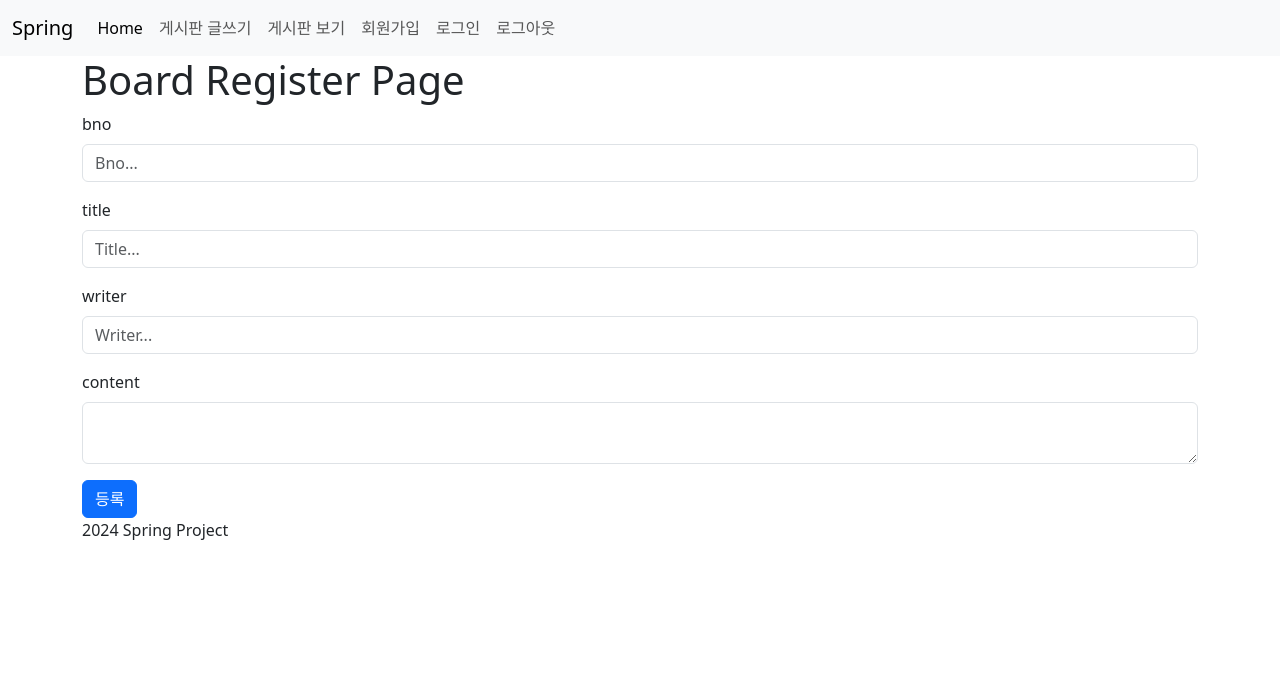
Repository: havanara/240423_SPRING_Project
Page: http://localhost/spring_study/WEB-INF/views/board/modify.jsp
An editor plug-in stored every save of this project. The page is shown before and after the next save, followed by the edit.
The browser window is 1280 px wide. The pictures show the whole page.
The page is served by Tomcat 9. Nobody is signed in. The template is opened directly, without the code that normally fills it, so the values that code supplies are empty.

Above is the page before, as saved 2024-04-24 05:47:12.

### spring_study/src/main/webapp/WEB-INF/views/board/modify.jsp
<%@ page language="java" contentType="text/html; charset=UTF-8"
    pageEncoding="UTF-8"%>

<jsp:include page="../layout/header.jsp" />

<div class="container-md">
<h1>Board Register Page</h1>
	<div class="mb-3">
	  <label for="n" class="form-label">bno</label>
	  <input type="text" class="form-control" name="bno" id="n" placeholder="Bno...">
	</div>
	<div class="mb-3">
	  <label for="t" class="form-label">title</label>
	  <input type="text" class="form-control" name="title" id="t" placeholder="Title...">
	</div>
	<div class="mb-3">
	  <label for="w" class="form-label">writer</label>
	  <input type="text" class="form-control" name="writer" id="w" placeholder="Writer...">
	</div>
	<div class="mb-3">
	  <label for="c" class="form-label">content</label>
	  <textarea class="form-control" name="content" id="c" aria-label="With textarea"></textarea>
	</div>
	<button type="submit" class="btn btn-primary">등록</button>
</div>

<jsp:include page="../layout/footer.jsp" />

</body>
</html>

### spring_study/src/main/webapp/WEB-INF/views/layout/header.jsp
<%@ page language="java" contentType="text/html; charset=UTF-8"
    pageEncoding="UTF-8"%>
<!DOCTYPE html>
<html>
<head>
<meta charset="UTF-8">
<title>header.jsp</title>
<link href="https://cdn.jsdelivr.net/npm/bootstrap@5.3.3/dist/css/bootstrap.min.css" rel="stylesheet" integrity="sha384-QWTKZyjpPEjISv5WaRU9OFeRpok6YctnYmDr5pNlyT2bRjXh0JMhjY6hW+ALEwIH" crossorigin="anonymous">
<script src="https://cdn.jsdelivr.net/npm/bootstrap@5.3.3/dist/js/bootstrap.bundle.min.js" integrity="sha384-YvpcrYf0tY3lHB60NNkmXc5s9fDVZLESaAA55NDzOxhy9GkcIdslK1eN7N6jIeHz" crossorigin="anonymous"></script>
</head>
<body>
<nav class="navbar navbar-expand-lg bg-body-tertiary">
  <div class="container-fluid">
    <a class="navbar-brand" href="#">Spring</a>
    <button class="navbar-toggler" type="button" data-bs-toggle="collapse" data-bs-target="#navbarSupportedContent" aria-controls="navbarSupportedContent" aria-expanded="false" aria-label="Toggle navigation">
      <span class="navbar-toggler-icon"></span>
    </button>
    <div class="collapse navbar-collapse" id="navbarSupportedContent">
      <ul class="navbar-nav me-auto mb-2 mb-lg-0">
        <li class="nav-item">
          <a class="nav-link active" aria-current="page" href="#">Home</a>
        </li>
        <li class="nav-item">
          <a class="nav-link" href="/board/register">게시판 글쓰기</a>
        </li>
        <li class="nav-item">
          <a class="nav-link" href="/board/list">게시판 보기</a>
        </li>
        <li class="nav-item">
          <a class="nav-link" href="#">회원가입</a>
        </li>
        <li class="nav-item">
          <a class="nav-link" href="#">로그인</a>
        </li>
        <li class="nav-item">
          <a class="nav-link" href="#">로그아웃</a>
        </li>
      </ul>
    </div>
  </div>
</nav>

### spring_study/src/main/webapp/WEB-INF/views/layout/footer.jsp
<%@ page language="java" contentType="text/html; charset=UTF-8"
    pageEncoding="UTF-8"%>
<!DOCTYPE html>

<div class="container-md">
	2024 Spring Project
</div>

</body>
</html>

After the next save:
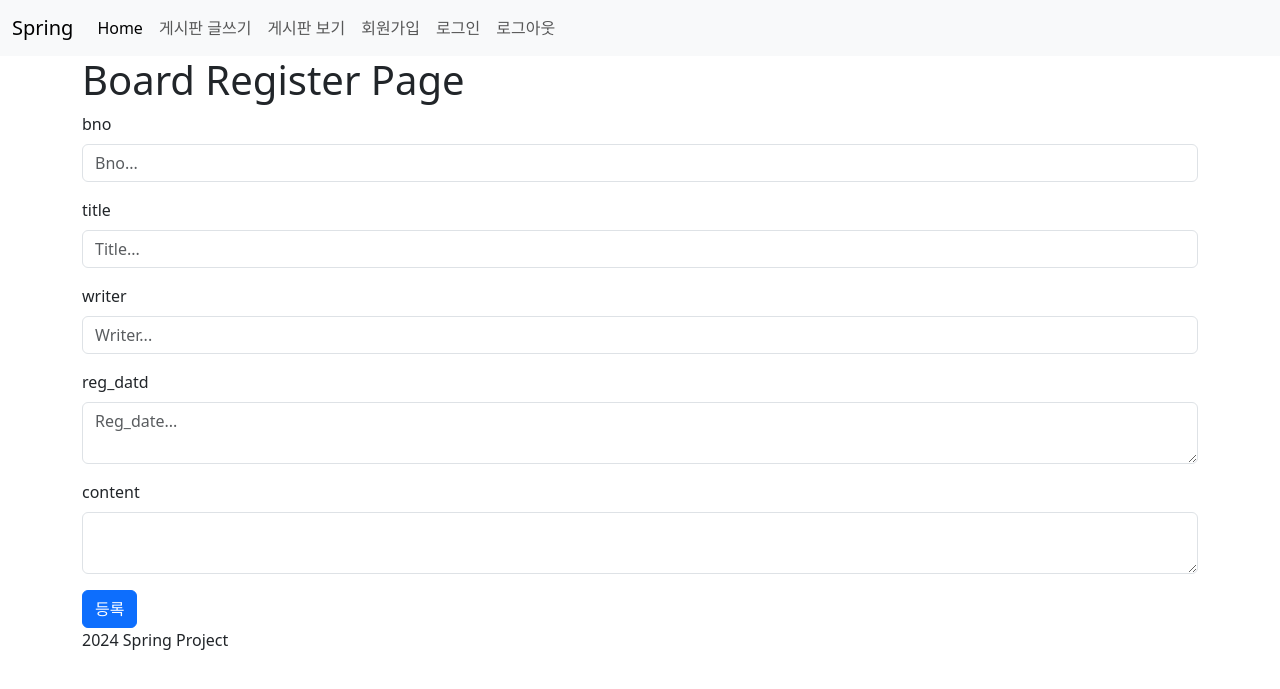
Saved 52 s later.
--- a/spring_study/src/main/webapp/WEB-INF/views/board/modify.jsp
+++ b/spring_study/src/main/webapp/WEB-INF/views/board/modify.jsp
@@ -18,6 +18,10 @@
 	  <input type="text" class="form-control" name="writer" id="w" placeholder="Writer...">
 	</div>
 	<div class="mb-3">
+	  <label for="r" class="form-label">reg_datd</label>
+	  <textarea class="form-control" name="reg_date" id="r" placeholder="Reg_date..."></textarea>
+	</div>
+	<div class="mb-3">
 	  <label for="c" class="form-label">content</label>
 	  <textarea class="form-control" name="content" id="c" aria-label="With textarea"></textarea>
 	</div>
